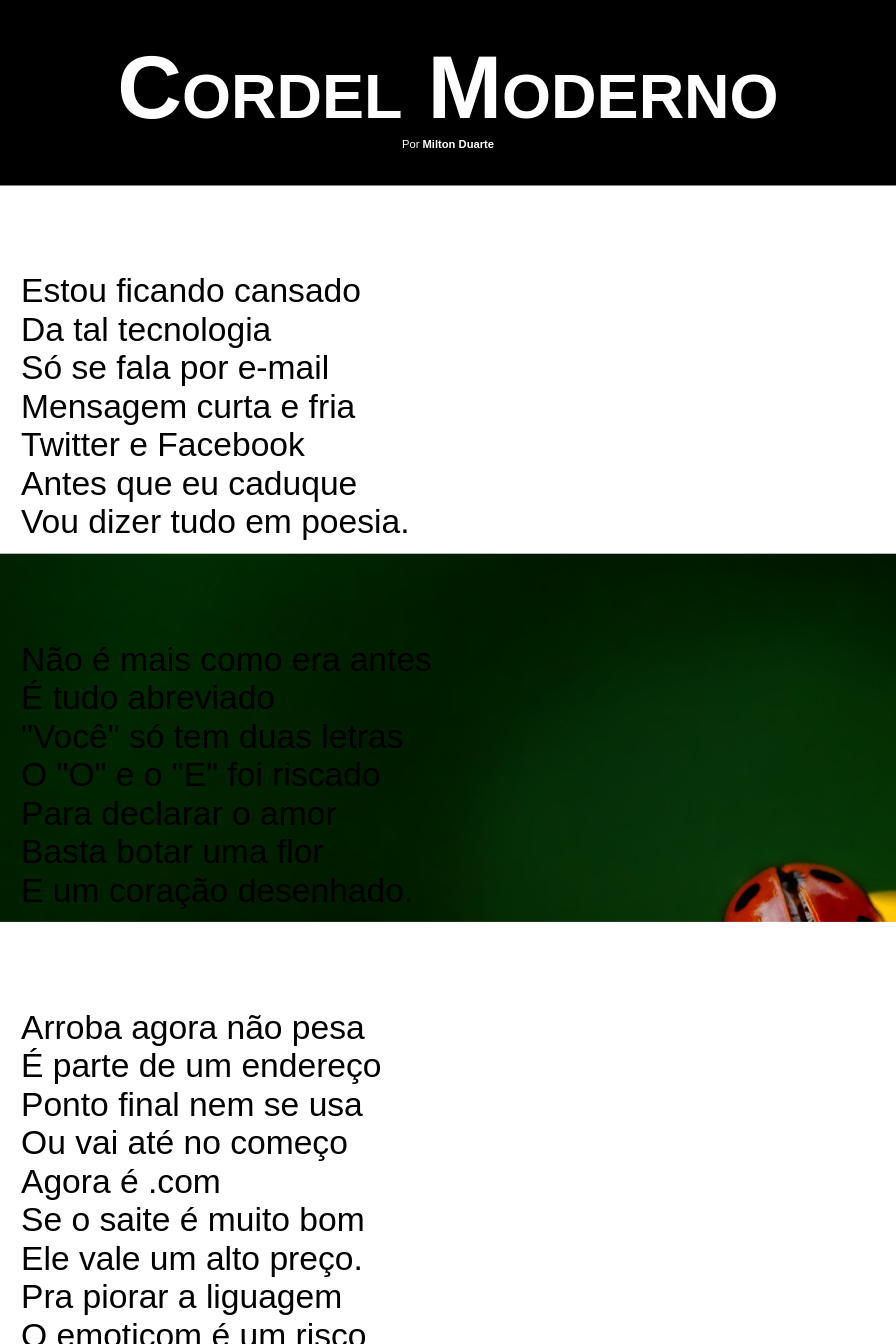
Repository: jorgprado/curso-html-css-Guanabara
Page: exec-pag-cordel/index.html
An editor plug-in stored every save of this project. The page is shown before and after the next save, followed by the edit.
The browser window is 1280 px wide. The pictures show the part of the page from y = 0 to 1920 px (the page is 3720 px tall), at 70% of full size.
Some web fonts or font styles are not loaded; a fallback is used.

Above is the page before, as saved 2023-05-18 15:46:33.

### exec-pag-cordel/index.html
<!DOCTYPE html>
<html lang="pt-br">
<head>
    <meta charset="UTF-8">
    <meta http-equiv="X-UA-Compatible" content="IE=edge">
    <meta name="viewport" content="width=device-width, initial-scale=1.0">
    <link rel="stylesheet" href="estilos/style.css">
    <title>Cordel Moderno</title>
</head>
<body>
    <header>
        <h1>Cordel Moderno</h1>
        <p>Por <a href="https://www.recantodasletras.com.br/poesias/3186743" target="_blank">Milton Duarte</a></p>
    </header>
    <main>
        <article>

            <div class="box">
                <p>
                    Estou ficando cansado
                    Da tal tecnologia
                    Só se fala por e-mail
                    Mensagem curta e fria
                    Twitter e Facebook
                    Antes que eu caduque
                    Vou dizer tudo em poesia.
                </p>
            </div>

            <div class="box box-img">
                <p>
                    Não é mais como era antes
                    É tudo abreviado
                    "Você" só tem duas letras
                    O "O" e o "E" foi riscado
                    Para declarar o amor
                    Basta botar uma flor
                    E um coração desenhado.
                </p>
            </div>

            <div class="box">
                <p>
                    Arroba agora não pesa
                    É parte de um endereço
                    Ponto final nem se usa
                    Ou vai até no começo
                    Agora é .com
                    Se o saite é muito bom
                    Ele vale um alto preço.
                    Pra piorar a liguagem
                    O emoticom é um risco
                    Tem símbolo para tudo
                    Ponto e vírgula e um asterisco
                    Um beijo significa
                    Pra entender como fica
                    Decifre esse rabisco.
                </p>
            </div>

            <div class="box box-img1">
                <p>
                    Tenho saudade das cartas
                    Escritas com a própria mão
                    Mandava no mês de Junho
                    Só chegava no Verão
                    Mas matava a saudade
                    Era texto de verdade
                    Nas linhas do coração.
                </p>
            </div>

            <div class="box">
                <p>
                    Agora, escrevo e envio
                    Chegando na mesma hora
                    Mas quando vou prosear
                    A pessoa foi embora
                    Abriu outro aplicativo
                    O mundo ficou cativo
                    Da tecnologia do agora.

                    Felizmente, pra orar
                    Não precisa de internet
                    Deus escuta todo mundo
                    Se quiser, faça esse teste
                    Dois pontos são dois joelhos
                    Seus lábios são aparelhos
                    Deixe que Deus interprete.
                </p>
            </div>
        </article>
    </main>

</body>
</html>

### exec-pag-cordel/estilos/style.css
@import url('https://fonts.googleapis.com/css2?family=Passion+One:wght@700&family=Sriracha&display=swap');

*{
    padding: 0;
    margin: 0;
    font-size: 1em;
}

a{
    text-decoration: none;
    color: white;
    font-weight: bolder;
}



header{
    color: white;
    background-color: black;
    text-align: center;

}

header h1{
    padding-top: 50px;
    color: white;
    font-family: 'Passion One', sans-serif;
    font-variant: small-caps;
    font-size: 10vw;
}


header p{
    color:white;
    font-family: sans-serif;
    padding-bottom: 50px;
}


main article .box{
    white-space: pre-line;
    padding-left: 30px;
    padding-top: 50px;

}

main article .box p{
    font-family: 'Sriracha', sans-serif;
    font-size: 3em;
}

main article .box-img{
    background-image: url(../imagens/background001.jpg);
}

After the next save:
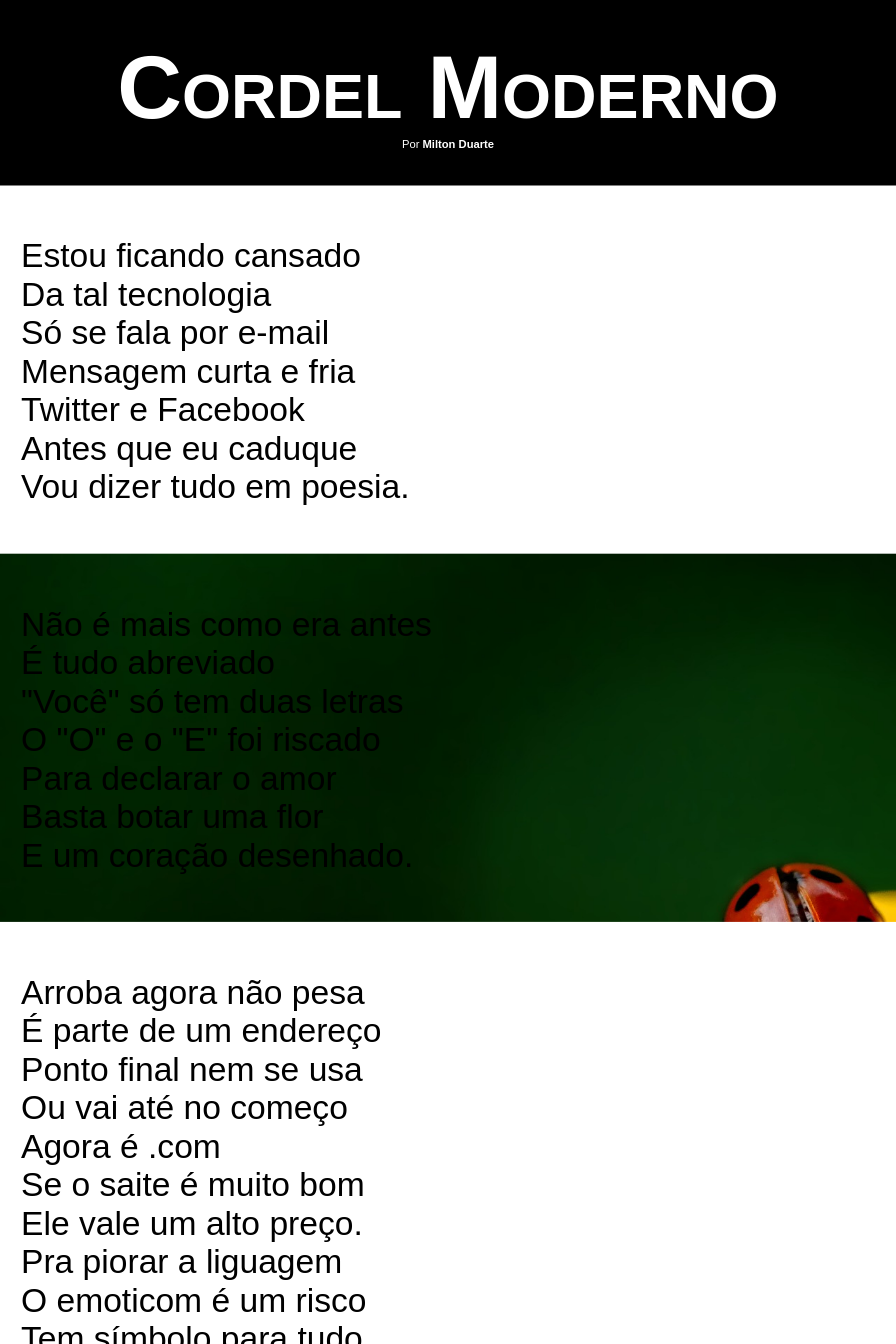
Saved 9 s later.
--- a/exec-pag-cordel/estilos/style.css
+++ b/exec-pag-cordel/estilos/style.css
@@ -40,7 +40,7 @@ header p{
 main article .box{
     white-space: pre-line;
     padding-left: 30px;
-    padding-top: 50px;
+    padding-bottom: 50px;
 
 }
 
